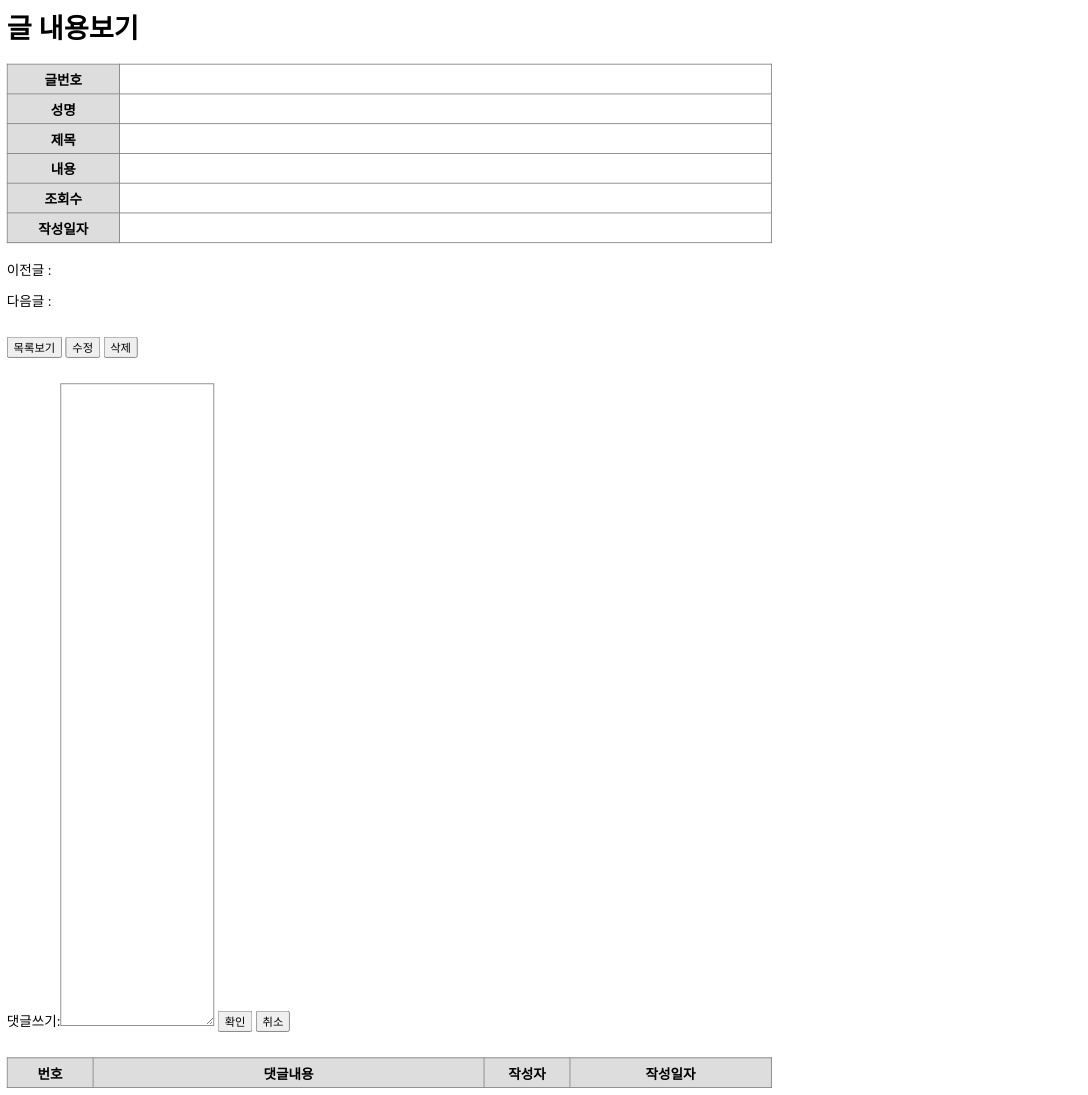
Repository: gold37/Spring
Page: http://localhost/Board/WEB-INF/views/tiles1/board/view.jsp
These files come from the project's save history. The page is drawn as it stood at one moment and after the next save; the edit follows.
The browser window is 1280 px wide. The pictures show the whole page, at 85% of full size.
The page is served by Tomcat 9. Nobody is signed in. Other server files are loaded and not shown. The template is opened directly, without the code that normally fills it, so the values that code supplies are empty.

Above is the page before, as saved 2020-07-17 06:46:32.
Console error: ReferenceError: $ is not defined

### springworkspace/Board/src/main/webapp/WEB-INF/views/tiles1/board/view.jsp
<%@ page language="java" contentType="text/html; charset=UTF-8"
    pageEncoding="UTF-8"%>

<%@ taglib prefix="c" uri="http://java.sun.com/jsp/jstl/core" %>

<style>

table, th, td, input, textarea {
	border: solid gray 1px;
}

#table, #table2 {
	border-collapse: collapse;
 	width: 900px;
}

#table th, #table td{padding: 5px;}
#table th{width: 120px; background-color: #DDDDDD;}
#table td{width: 750px;}
.long {width: 470px;}
.short {width: 120px;}

.move {cursor: pointer;}
.moveColor {font-weight: bold;}

a {text-decoration: none !important;}


</style>

<script type="text/javascript">

	$(document).ready(function(){

		$(".move").hover(function(){
						$(this).addClass("moveColor");
					},
					function(){
						$(this).removeClass("moveColor");
					});

	});


</script>


<div style="">
	<h1>글 내용보기</h1>

	<table id="table" style="word-wrap: break-word; table-layout: fixted;">
		<tr>
			<th>글번호</th>
			<td>${boardvo.seq}</td>
		</tr>
		<tr>
			<th>성명</th>
			<td>${boardvo.name}</td>
		</tr>
		<tr>
			<th>제목</th>
			<td>${boardvo.subject}</td>
		</tr>
		<tr>
			<th>내용</th>
			<td>
				<p style="word-break: break-all;">${boardvo.content}</p>
				<%--
					style="word-break: break-all; 은 공백없는 긴영문일 경우 width 크기를 뚫고 나오는 것을 막는 것임.
					그런데 style="word-break: break-all; 나 style="word-wrap: break-word; 은
			       	테이블태그의 <td>태그에는 안되고 <p> 나 <div> 태그안에서 적용되어지므로 <td>태그에서 적용하려면
			    	<table>태그속에 style="word-wrap: break-word; table-layout: fixed;" 을 주면 된다.
				--%>
			</td>
		</tr>
		<tr>
			<th>조회수</th>
			<td>${boardvo.readCount}</td>
		</tr>
		<tr>
			<th>작성일자</th>
			<td>${boardvo.regDate}</td>
		</tr>
	</table>

	<br/>

	<div style="margin-bottom: 1%;">이전글&nbsp;:&nbsp;<span class="move" onclick="javascript:location.href='view.action?seq=${boardvo.previousseq}'">${boardvo.previoussubject}</span></div>
	<div style="margin-bottom: 1%;">다음글&nbsp;:&nbsp;<span class="move" onclick="javascript:location.href='view.action?seq=${boardvo.nextseq}'">${boardvo.nextsubject}</span></div>

	<br/>

	<button type="button" onclick="javascript:location.href='list.action'" >목록보기</button>
	<button type="button" onclick="javascript:location.href='edit.action?seq=${boardvo.seq}'" >수정</button>
	<button type="button" onclick="javascript:location.href='delete.action?seq=${boardvo.seq}'" >삭제</button>


	<div style="margin-top: 30px;">
		댓글쓰기:<textarea rows="50" cols="20"></textarea>
		<button>확인</button>
		<button>취소</button>
	</div>

	<table id="table" style="margin-top: 30px;">
		<tr>
			<th style="width: 70px;  text-align: center;">번호</th>
			<th style="width: 360px; text-align: center;">댓글내용</th>
			<th style="width: 70px;  text-align: center;">작성자</th>
			<th style="width: 180px; text-align: center;">작성일자</th>
		</tr>
		<c:forEach var="boardvo" items="${boardList}" varStatus="status">
			<tr>
				<td align="center">${boardvo.seq}</td>
				<td align="left">
					<span class="subject" onclick="goView('${boardvo.seq}')">${boardvo.subject}</span>
				</td>
				<td align="center">${boardvo.content}</td>
				<td align="center">${boardvo.name}</td>
				<td align="center">${boardvo.regDate}</td>
		</c:forEach>
	</table>

</div>

After the next save:
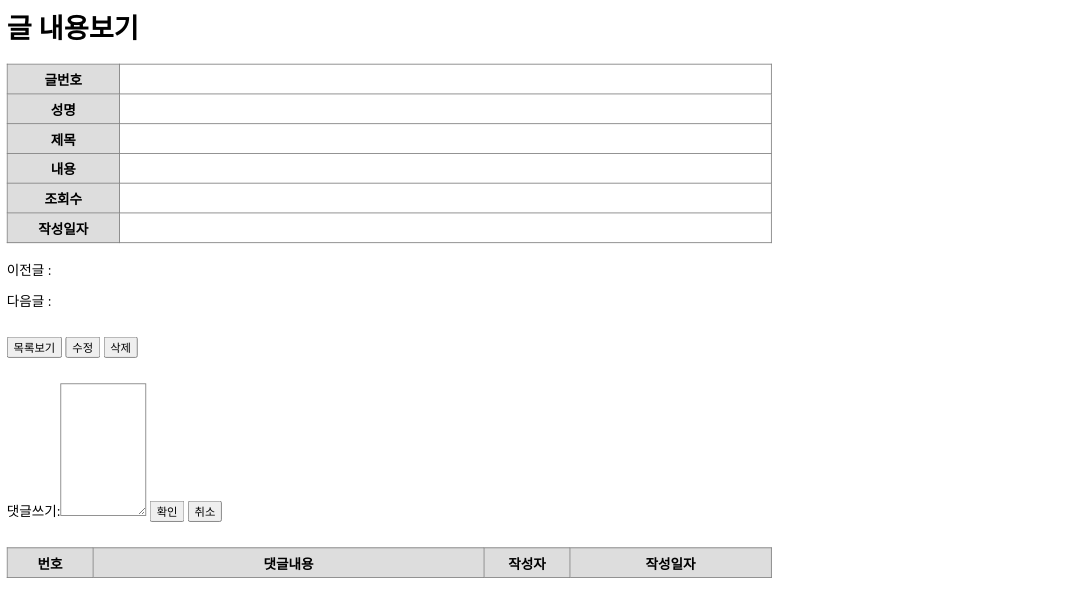
Saved 36 s later.
--- a/springworkspace/Board/src/main/webapp/WEB-INF/views/tiles1/board/view.jsp
+++ b/springworkspace/Board/src/main/webapp/WEB-INF/views/tiles1/board/view.jsp
@@ -96,7 +96,7 @@ a {text-decoration: none !important;}
 
 
 	<div style="margin-top: 30px;">
-		댓글쓰기:<textarea rows="50" cols="20"></textarea>
+		댓글쓰기:<textarea rows="10" cols="10"></textarea>
 		<button>확인</button>
 		<button>취소</button>
 	</div>
